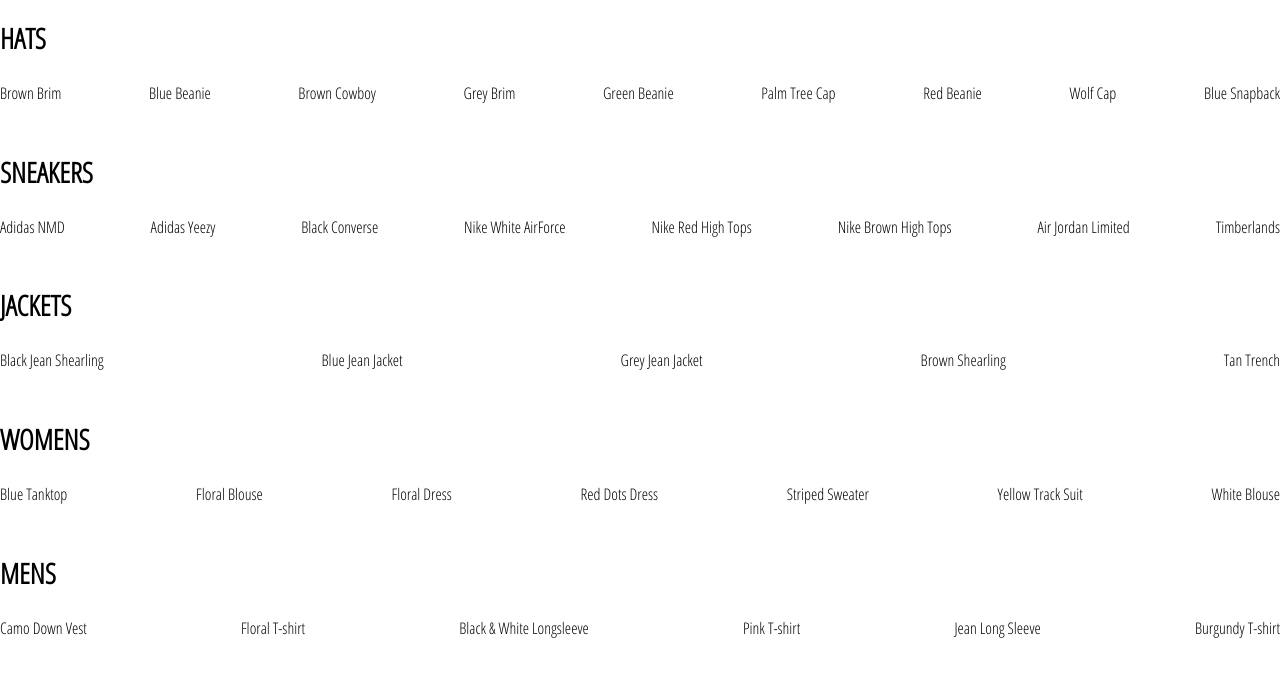
Repository: chonax/crwn-clothing
Page: /shop
An editor plug-in stored every save of this project. The page is shown before and after the next save, followed by the edit.
The browser window is 1280 px wide. The pictures show the whole page.
The project was rebuilt for these pictures with package versions that can differ from the ones it lists, and the page was loaded fresh each time. Also part of the build but not shown: src/components/menu-item/menu-item.styles.scss, src/components/menu-item/menu-item.component.jsx, src/components/directory/directory.styles.scss, src/components/directory/directory.component.jsx, src/pages/homepage/homepage.styles.scss, src/pages/homepage/homepage.component.jsx.

Above is the page before, as saved 2021-01-17 15:39:33.

After the next save:
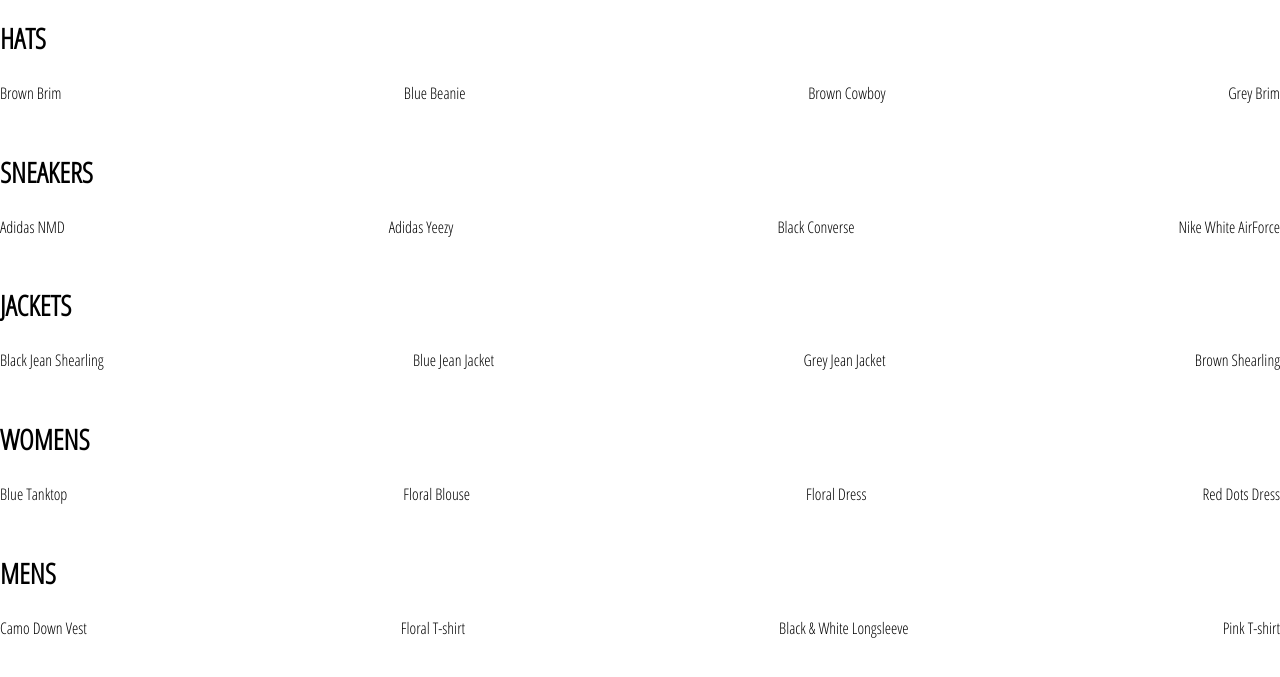
Saved 75 s later.
--- a/src/components/collection-preview/collection-preview.component.jsx
+++ b/src/components/collection-preview/collection-preview.component.jsx
@@ -6,7 +6,7 @@
   <div className='collection-preview'>
     <h1 className='title'>{title.toUpperCase()}</h1>
     <div className='preview'>
-      {items.map(item => (
+      {items.filter((item, idx) => idx < 4).map(item => (
         <div key={item.id}>{item.name}</div>
       ))}
     </div>
